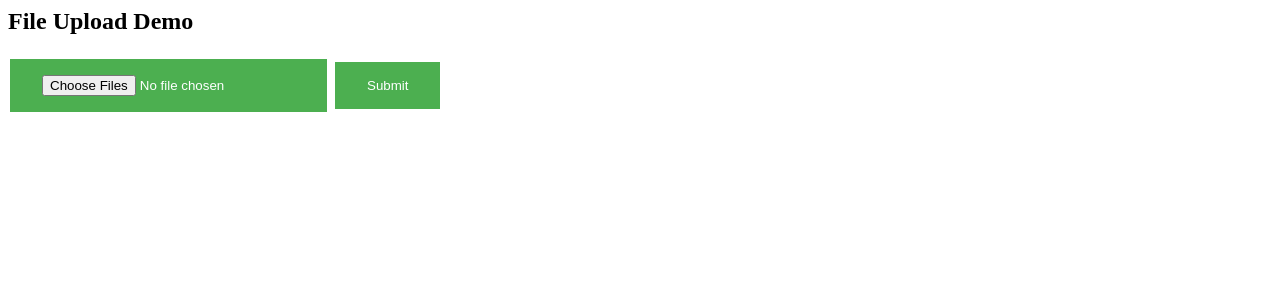
Repository: rakeshgowdan/Servlets-Jsp
Page: http://localhost/FileUploadDemo/
The author's editor kept a copy of each file at every save. The page is drawn from the files as they stood at one save, then again after the next save.
The browser window is 1280 px wide. The pictures show the whole page.
The page is served by Tomcat 9.

Above is the page before, as saved 2019-02-04 15:38:26.

After the next save:
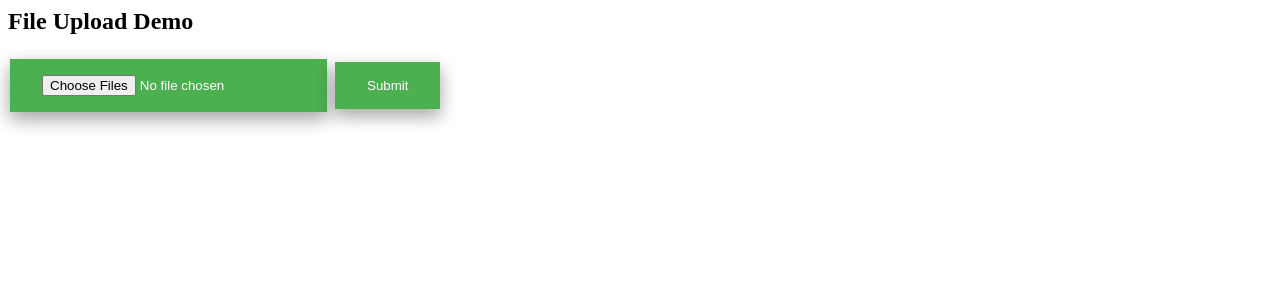
Saved 2 min 42 s later.
--- a/FileUploadDemo/src/main/webapp/index.jsp
+++ b/FileUploadDemo/src/main/webapp/index.jsp
@@ -11,6 +11,8 @@ input {
   text-decoration: none;
   margin: 4px 2px;
   cursor: pointer;
+
+   box-shadow: 0 8px 16px 0 rgba(0,0,0,0.2), 0 6px 20px 0 rgba(0,0,0,0.19);
 }
 
 </style>
